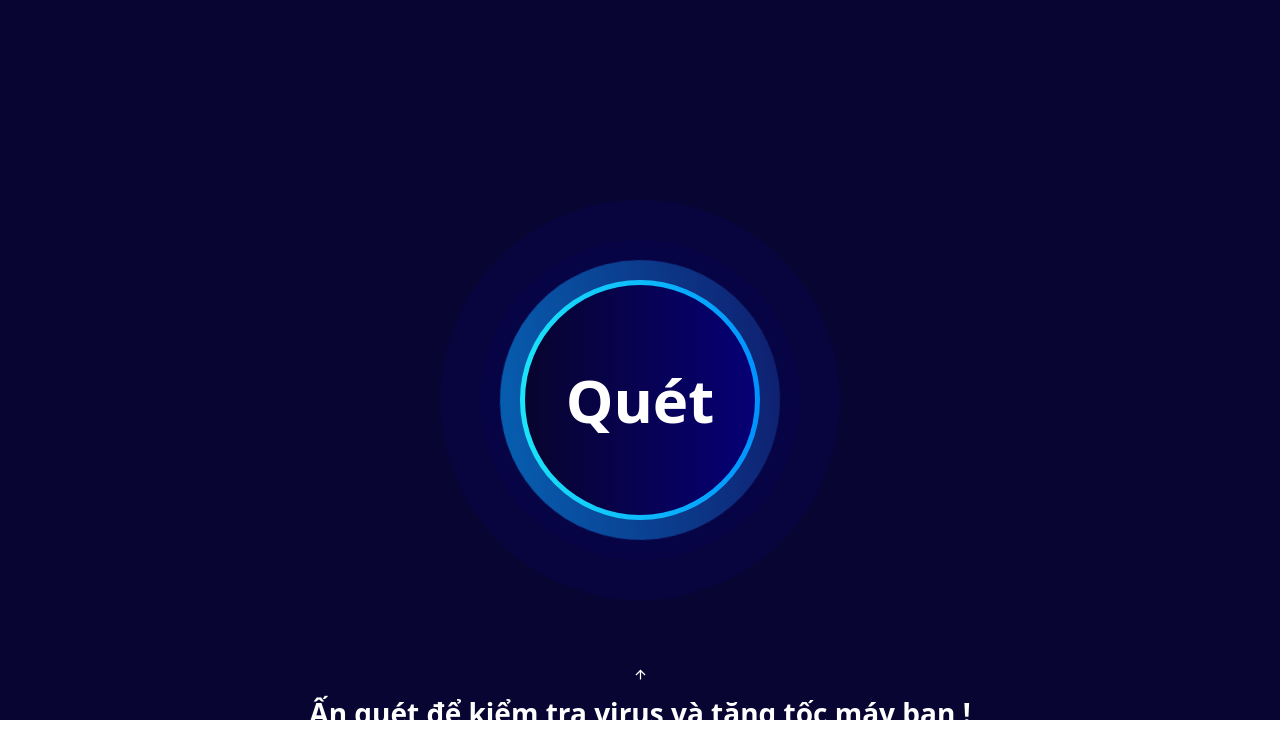
Repository: Kiendz3202/anti-virus-landingpage-mobile
Page: /
These files come from the project's save history. The page is drawn as it stood at one moment and after the next save; the edit follows.
The browser window is 1280 px wide. The pictures show the whole page.
The project was rebuilt for these pictures with package versions that can differ from the ones it lists, and the page was loaded fresh each time. The framework's server and built-in components were replaced by stand-ins that run in the browser. Also part of the build but not shown: next.config.js, components/ScanResult.js, components/ScanShield.js.

Above is the page before, as saved 2023-01-08 20:02:01.

After the next save:
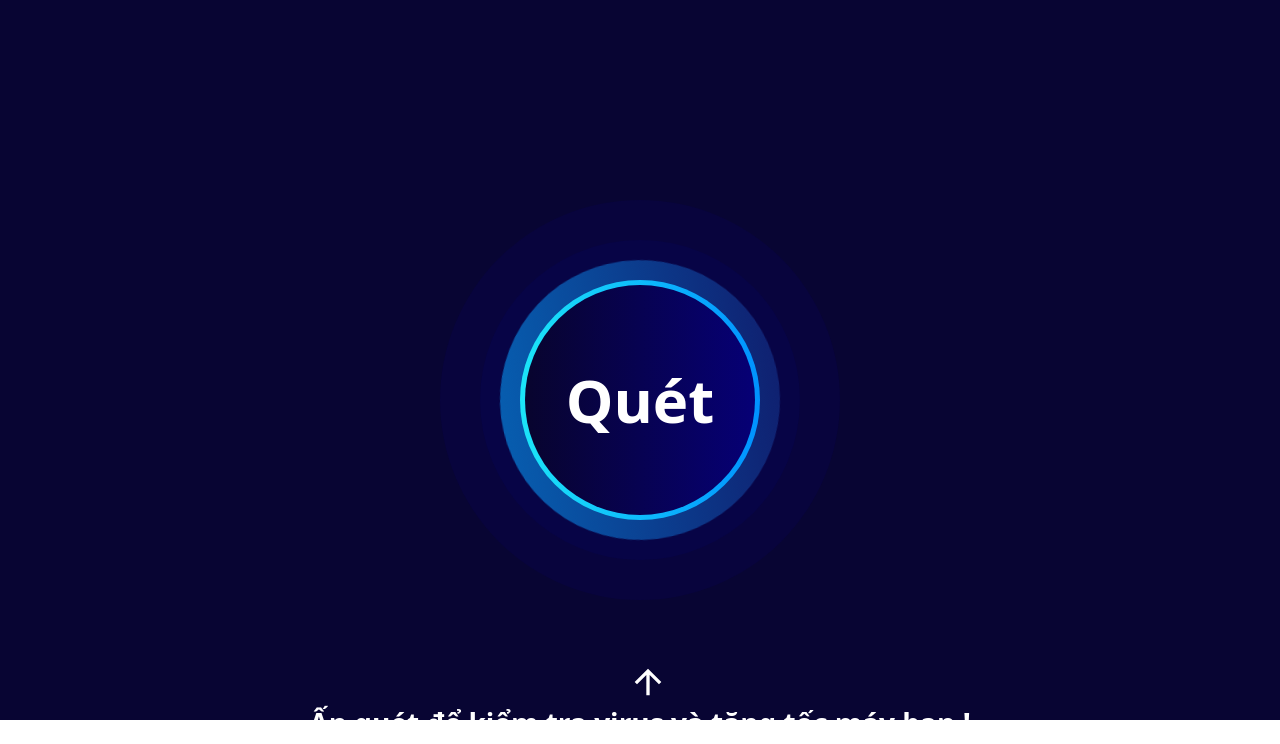
Saved 25 s later.
--- a/views/index.js
+++ b/views/index.js
@@ -53,7 +53,13 @@
 				</div>
 				<div className="text-white text-center mt-[5rem] text-[2.8rem] font-semibold flex flex-col">
 					<div>
-						<ArrowUpwardIcon />
+						<ArrowUpwardIcon
+							sx={{
+								fontSize: '4rem',
+								marginLeft: '1.5rem',
+								marginTop: '1.2rem',
+							}}
+						/>
 					</div>
 					<div>Ấn quét để kiểm tra virus và tăng tốc máy bạn !</div>
 				</div>
